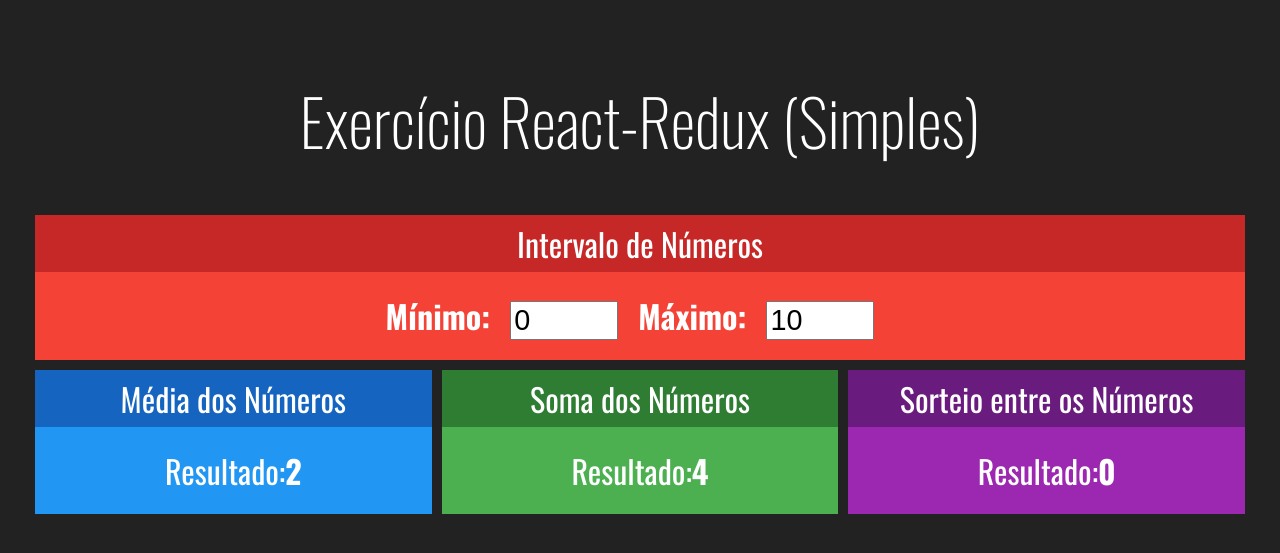
Repository: WellysonP/testando-react-redux
Page: /
These files come from the project's save history. The page is drawn as it stood at one moment and after the next save; the edit follows.
The browser window is 1280 px wide. The pictures show the whole page.
The project was rebuilt for these pictures with package versions that can differ from the ones it lists, and the page was loaded fresh each time.

Above is the page before, as saved 2023-01-12 18:44:00.

After the next save:
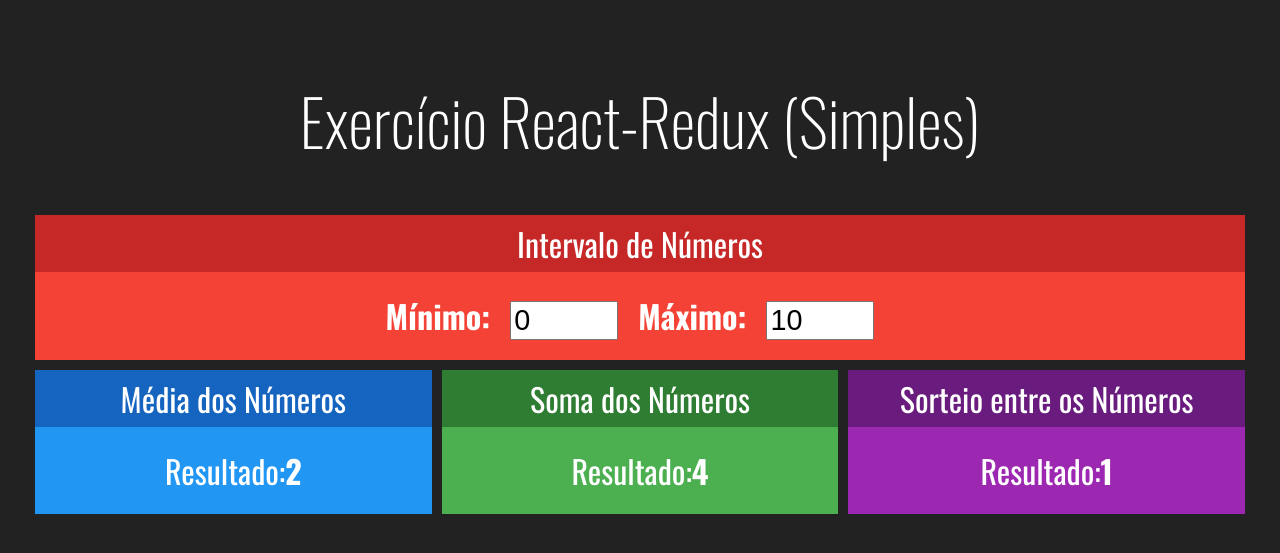
Saved 22 s later.
--- a/src/components/Sorteio.jsx
+++ b/src/components/Sorteio.jsx
@@ -1,8 +1,8 @@
 import Card from "./Card"
 
 export default props => {
-    const {min , max} = props
-    const aleatorio = parseInt(Math.random()*(max-min+1))
+    const { min, max } = props
+    const aleatorio = parseInt(Math.random() * (max - min)) + min
     return (
         <Card title="Sorteio entre os Números" purple>
             <div>
